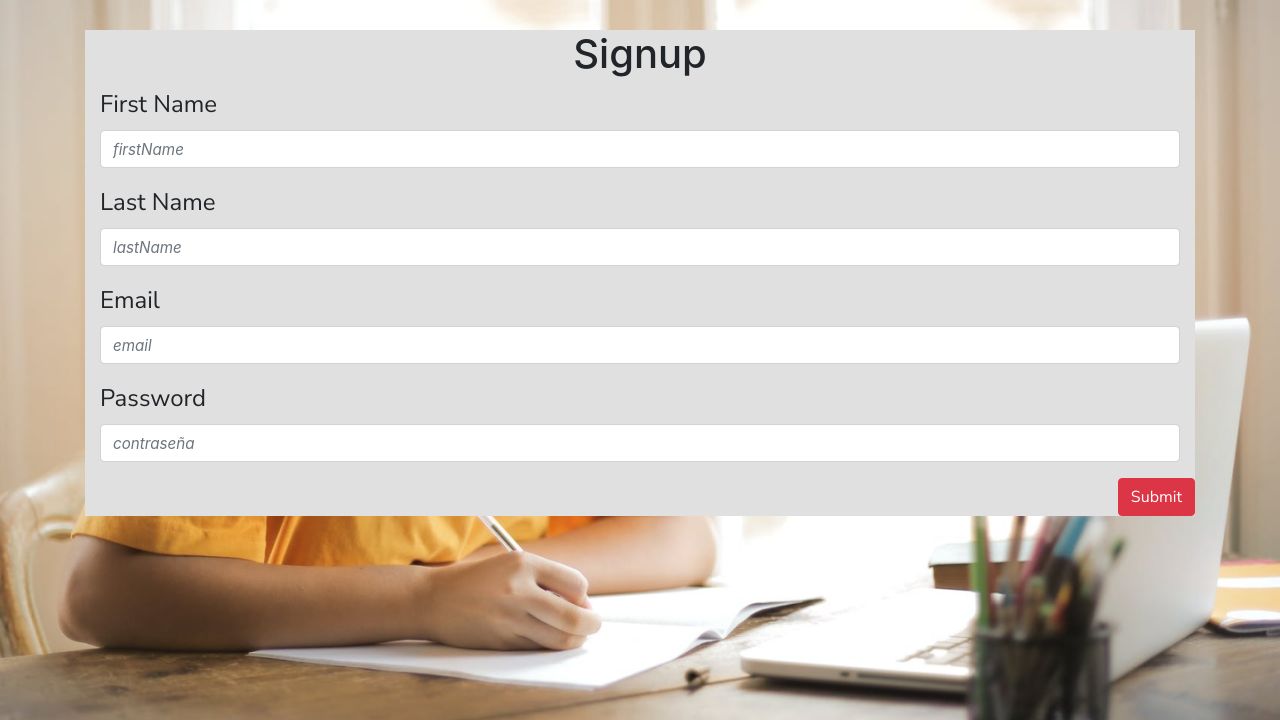
Repository: uprm-inso-4117-2020-2021-s2/semester-project-uprm-inso-4117-2020-2021-s2-team-7
Page: / (app in tutorfinder/)
These files come from the project's save history. The page is drawn as it stood at one moment and after the next save; the edit follows.
The browser window is 1280 px wide. The pictures show the whole page.
The project was rebuilt for these pictures with package versions that can differ from the ones it lists, and the page was loaded fresh each time. Also part of the build but not shown: tutorfinder/src/components/Navbar.css, tutorfinder/src/components/Navbar.js, tutorfinder/src/components/TutorInfo.js, tutorfinder/src/Nav.js, tutorfinder/src/Signup.js, tutorfinder/src/Login.js, tutorfinder/src/Home.js, tutorfinder/src/BulletinBoard.css and 3 more.

Above is the page before, as saved 2021-03-30 21:42:20.

### tutorfinder/src/App.js
import React from 'react';
import Navbar from './components/Navbar';
import TutorInfo from './components/TutorInfo'
import './App.css';
import Home from './Home';
import 'bootstrap/dist/css/bootstrap.min.css';
import BulletinBoard from './BulletinBoard';
import Nav from './Nav.js';
import SignupPage from "./SignupPage";

function App() {
  return (
    <div className="App">
      <head>
        <link
          rel="stylesheet"
          href="https://cdn.jsdelivr.net/npm/bootstrap@4.6.0/dist/css/bootstrap.min.css"
          integrity="sha384-B0vP5xmATw1+K9KRQjQERJvTumQW0nPEzvF6L/Z6nronJ3oUOFUFpCjEUQouq2+l"
          crossorigin="anonymous"
        />
      </head>
      {/* <Home></Home> */}
      {/* <TutorInfo></TutorInfo> */}
      <SignupPage></SignupPage>
        {/* <Navbar fixed="top" />
        <TutorInfo /> */}
        {/* <BulletinBoard></BulletinBoard> */}

    </div>
  );
}



export default App;

### tutorfinder/src/SignupPage.js
import React from "react";
import "./App.css";
import "./SignupPage.css"
import { Input, FormGroup, Label, Form, Container, Button, Col } from 'reactstrap';

class SignupPage extends React.Component {

  render() {

    return (
      <div className="container ">

          <div className=" body">

          <h1 className="">Signup</h1>
            <Form className=""  >

            <Col className="">
                <FormGroup inline>
                  <div className="text-left">
                    <Label >First Name</Label>
                  </div>

                  <Input
                    type="firstName"
                    name="firstName"

                    id="examplefirstName"
                    placeholder="firstName"
                    className="size"
                  />
                </FormGroup>
              </Col>

              <Col className="">
                <FormGroup inline>
                  <div className="text-left">
                    <Label >Last Name</Label>
                  </div>

                  <Input
                    type="lastName"
                    name="lastName"

                    id="examplelastName"
                    placeholder="lastName"
                    className="size"
                  />
                </FormGroup>
              </Col>

              <Col className="">
                <FormGroup inline>
                  <div className="text-left">
                    <Label >Email</Label>
                  </div>

                  <Input
                    type="email"
                    name="email"

                    id="exampleEmail"
                    placeholder="email"
                    className="size"
                  />
                </FormGroup>
              </Col>




              <Col className="">
                <FormGroup >
                  <div className="text-left">
                    <Label for="">Password</Label>
                  </div>

                  <Input
                    type="password"
                    name="password"

                    id="examplePassword"
                    placeholder="contraseña"
                    className="size"
                  />
                </FormGroup>
              </Col>
              <div className="text-right">


                <Button color="danger" type="submit" className="buttons submit"  >Submit</Button>
              </div>
            </Form>

          </div>





      </div>

    );
  }
}

export default SignupPage;

### tutorfinder/src/components/TutorInfo.css
.container {
    padding-top: 30px;
    width: 30%;
}

.Profile {
  padding: 2rem;
  border: 2px solid #fff;
  text-align: center;
  background-color: #E0E0E0;
  border: 1px solid #6F6B6B;
  border-radius: 1rem!important;
}

.pfp {
    text-align: center;
    width: 75%;
}

.Info {
    padding: 1rem;
    border: 1px solid #6F6B6B;
    background-color: #E0E0E0;
    border-radius: 1rem!important;
    overflow-y: auto;
}

.Name {
    padding: 10px;
}

.More {
    border-bottom: 1px solid #6F6B6B;
    padding-bottom: 15px;
    padding-top: 5px;
    margin-left: 10px;
}

ul {
    margin-left: 10px;
    padding-top: 10px;
    overflow-y: auto;
    position: absolute;
    white-space: nowrap;
}

::-webkit-scrollbar {
    width: 0px;
    background: transparent;
}

* {
  -ms-overflow-style: none !important;
}

### tutorfinder/src/Home.css
@import url('https://fonts.googleapis.com/css2?family=Nunito+Sans&display=swap');

body {
    background: url('assets/main.png');
    background-repeat: no-repeat;
    background-size: cover;
    background-position-y: -100px;
}


.box {
    margin-left: 30%;
    width: 40%;
    background: rgba(255, 255, 255, 0.65);
    border-radius: 25px;
    padding: 20px;
}

.boxTitle {
    font-family: Nunito Sans;
    font-style: normal;
    font-weight: bold;
    font-size: 40px;
    line-height: 50px;
    text-align: center;

    color: #333333;
}

.boxText {
    font-family: Nunito Sans;
    font-style: normal;
    font-weight: 300;
    font-size: 24px;
    line-height: 29px;
    text-align: center;

    color: #000000;
}

.form-control:focus {
    box-shadow: none;
}

.form-control-underlined {
    border-width: 0;
    border-bottom-width: 1px;
    border-radius: 0;
    padding-left: 0;
}

.form-control::placeholder {
    font-size: 0.95rem;
    color: #aaa;
    font-style: italic;
  }

### tutorfinder/src/Nav.css
@import url("https://fonts.googleapis.com/css2?family=Nunito+Sans&display=swap");

.title {
  font-family: "Nunito Sans", sans-serif;
  font-style: normal;
  font-weight: bold;
  font-size: 48px;
  line-height: 65px;

}

.navBar {
    table-layout: fixed;
  background-color: #5d7fc5;
  width: 100%;
}

.buttons {
  background: #e0e0e0;
  border-radius: 45px;
  outline: none;
  border-style: solid;

}

.buttonLetters {
  font-family: "Nunito Sans", sans-serif;
  font-style: normal;
  font-weight: 300;
  font-size: 1.8em;
  line-height: 41px;
  text-align: center;
  padding-right: 10%;
  padding-left: 10%;

}

.left{
text-align: left;
padding-left: 2.5%;
width: 50%;
}

.right{
    text-align: left;
    padding-right: 10%;
    width: 20%;
}

.middle{
    /* background-color: red; */
    text-align: right;
    padding-right: 2.5%;
}

### tutorfinder/src/SignupPage.css

.body{
    background-color: #E0E0E0;




    text-align: center;
}

.container{
    text-align: center;
}

### tutorfinder/src/Welcome.css

@import url("https://fonts.googleapis.com/css2?family=Nunito+Sans&display=swap");

.background{
background-image: url("./assets/bg.png");
width:100%;
height:60em;
position:relative;
}

.square{
    background: rgba(255, 255, 255, 0.65);
border-radius: 25px;
text-align: center;
}

.everything{
    position:absolute;
    top:50%;
    left:50%;
    width :75%;
    height:25%;
    margin-left:-37.5%;
    margin-top:5%;

}

.search{
    width: 100%;
    background: #FFFFFF;
box-shadow: 0px 4px 4px rgba(0, 0, 0, 0.25);
border-radius: 50px;
height: 1.5em;
}

.paragraph{
    font-family: "Nunito Sans", sans-serif;
font-style: normal;
font-weight: 300;
font-size: 1.5em;
line-height: 49px;
text-align: center;
}

.heading{
    font-family: "Nunito Sans", sans-serif;
font-style: normal;
font-weight: bold;
font-size: 3em;
line-height: 87px;
text-align: center;
}

.login{
    position:absolute;
    top:50%;
    left:50%;
    width :75%;
    height:50%;
    margin-left:-37.5%;
    margin-top:5%;
    text-align: center;
    background: rgba(255, 255, 255, 0.65);
    border-radius: 25px;
}

.signup{
    position:absolute;
    top:40%;
    left:50%;
    width :75%;
    height:60%;
    margin-left:-37.5%;
    margin-top:5%;
    text-align: center;
    background: rgba(255, 255, 255, 0.65);
    border-radius: 25px;
}


.size{
    width: 75%;
    background-color: aqua;
}

.fullWidth{
    width: 100%;
}

.text-right{
    text-align: right;

}

.text-left{
    text-align: left;

    font-family: "Nunito Sans", sans-serif;
    font-size: 1.5em;
}

.submit{
    font-family: "Nunito Sans", sans-serif;
    font-style: normal;
    font-weight: 300;
    font-size: 1.2em;
line-height: 200%;
    text-align: center;
    padding-right: 2%;
    padding-left: 2%;
}

.color{
    background-color: red;
}

Loaded but not shown: tutorfinder/public/index.html (common file); tutorfinder/src/index.js (common file); tutorfinder/src/index.css (common file); tutorfinder/src/reportWebVitals.js (common file); tutorfinder/src/App.css (common file)

After the next save:
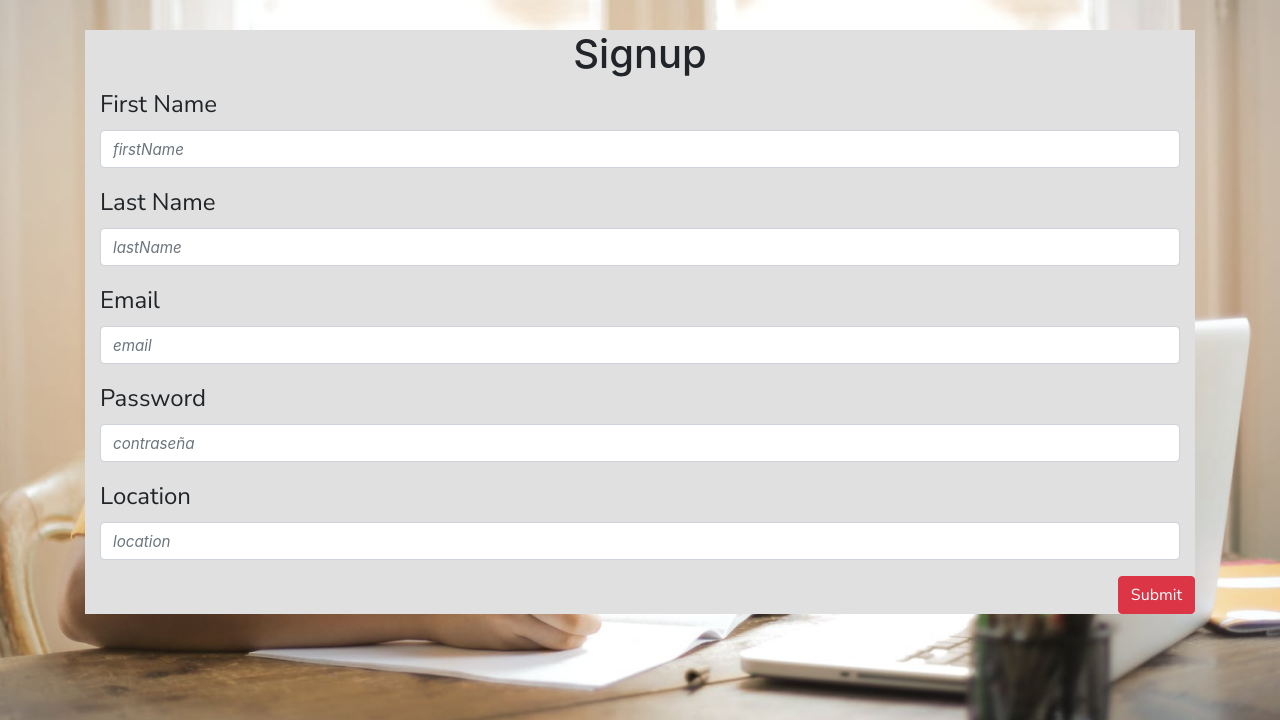
Saved 89 s later.
--- a/tutorfinder/src/SignupPage.js
+++ b/tutorfinder/src/SignupPage.js
@@ -66,9 +66,6 @@ class SignupPage extends React.Component {
                 </FormGroup>
               </Col>
 
-
-
-
               <Col className="">
                 <FormGroup >
                   <div className="text-left">
@@ -81,6 +78,23 @@ class SignupPage extends React.Component {
 
                     id="examplePassword"
                     placeholder="contraseña"
+                    className="size"
+                  />
+                </FormGroup>
+              </Col>
+
+              <Col className="">
+                <FormGroup >
+                  <div className="text-left">
+                    <Label for="">Location</Label>
+                  </div>
+
+                  <Input
+                    type="location"
+                    name="location"
+
+                    id="examplelocation"
+                    placeholder="location"
                     className="size"
                   />
                 </FormGroup>
